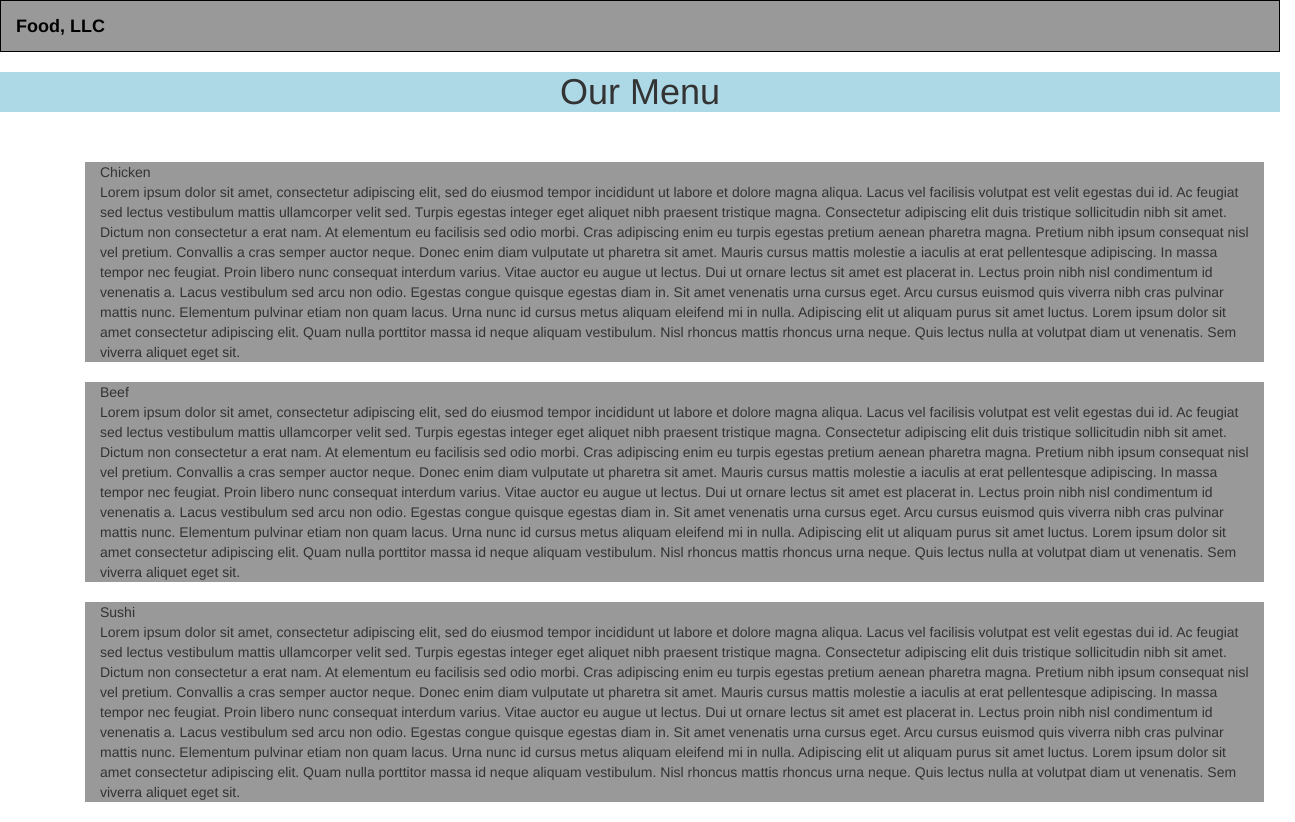
Repository: Cynthia-woo/coursera_frontend_JHU
Page: module3-solution/index.html
An editor plug-in stored every save of this project. The page is shown before and after the next save, followed by the edit.
The browser window is 1280 px wide. The page is 1295 px wide, so the pictures cover 1295 px, including what lies to the right of the window. The pictures show the whole page.

Above is the page before, as saved 2024-04-20 02:50:53.

### module3-solution/index.html
<!doctype html>
<html lang="en">
  <head>
    <meta charset="utf-8">
    <meta http-equiv="X-UA-Compatible" content="IE=edge">
    <meta name="viewport" content="width=device-width, initial-scale=1">

    <!-- HTML5 shim and Respond.js for IE8 support of HTML5 elements and media queries -->
    <!-- WARNING: Respond.js doesn't work if you view the page via file:// -->
    <!--[if lt IE 9]>
      <script src="https://oss.maxcdn.com/html5shiv/3.7.2/html5shiv.min.js"></script>
      <script src="https://oss.maxcdn.com/respond/1.4.2/respond.min.js"></script>
    <![endif]-->

    <title>Assignment3-solution</title>
    <link rel="stylesheet" href="css/bootstrap.min.css">
    <link rel="stylesheet" href="css/styles.css">
  </head>
<body>
    <header>
        <nav id="header-nav" class="navbar navbar-default">
          <div class="container-fluid">
            <div class="navbar-header">
              <div class="navbar-brand">
                <a href="index.html"><span>Food, LLC</span></a>
              </div>

              <button type="button" class="navbar-toggle collapsed" data-toggle="collapse" data-target="#collapsable-nav" aria-expanded="false">
                <span class="sr-only">Toggle navigation</span>
                <span class="icon-bar"></span>
                <span class="icon-bar"></span>
                <span class="icon-bar"></span>
              </button>
            </div>


            <div id="collapsable-nav" class="collapse navbar-collapse hidden-lg hidden-md">
               <ul id="nav-list" class="nav navbar-nav navbar-right">
                <li>
                  <a href="menu-categories.html">
                    <br class="hidden-xs">Chicken</a>
                </li>
                <li>
                  <a href="#">
                    </span><br class="hidden-xs">Beef</a>
                </li>
                <li>
                  <a href="#">
                    <br class="hidden-xs">Sushi</a>
                </li>
              </ul><!-- #nav-list -->
            </div><!-- .collapse .navbar-collapse -->
          </div><!-- .container -->
        </nav><!-- #header-nav -->
      </header>

      <h1 id="main_title">Our Menu</h1>

      <section>
        <div id="home-tiles" class="row">
            <div class="col-md-12 col-sm-12 col-xs-12">
                <div class="dish_title">Chicken</div>
                <div class="dish_detail">Lorem ipsum dolor sit amet, consectetur adipiscing elit, sed do eiusmod tempor incididunt ut labore et dolore magna aliqua. Lacus vel facilisis volutpat est velit egestas dui id. Ac feugiat sed lectus vestibulum mattis ullamcorper velit sed. Turpis egestas integer eget aliquet nibh praesent tristique magna. Consectetur adipiscing elit duis tristique sollicitudin nibh sit amet. Dictum non consectetur a erat nam. At elementum eu facilisis sed odio morbi. Cras adipiscing enim eu turpis egestas pretium aenean pharetra magna. Pretium nibh ipsum consequat nisl vel pretium. Convallis a cras semper auctor neque. Donec enim diam vulputate ut pharetra sit amet. Mauris cursus mattis molestie a iaculis at erat pellentesque adipiscing. In massa tempor nec feugiat. Proin libero nunc consequat interdum varius. Vitae auctor eu augue ut lectus.

                    Dui ut ornare lectus sit amet est placerat in. Lectus proin nibh nisl condimentum id venenatis a. Lacus vestibulum sed arcu non odio. Egestas congue quisque egestas diam in. Sit amet venenatis urna cursus eget. Arcu cursus euismod quis viverra nibh cras pulvinar mattis nunc. Elementum pulvinar etiam non quam lacus. Urna nunc id cursus metus aliquam eleifend mi in nulla. Adipiscing elit ut aliquam purus sit amet luctus. Lorem ipsum dolor sit amet consectetur adipiscing elit. Quam nulla porttitor massa id neque aliquam vestibulum. Nisl rhoncus mattis rhoncus urna neque. Quis lectus nulla at volutpat diam ut venenatis. Sem viverra aliquet eget sit.</div>
            </div>
            <div class="col-md-12 col-sm-12 col-xs-12">
                <div class="dish_title">Beef</div>
                <div class="dish_detail">Lorem ipsum dolor sit amet, consectetur adipiscing elit, sed do eiusmod tempor incididunt ut labore et dolore magna aliqua. Lacus vel facilisis volutpat est velit egestas dui id. Ac feugiat sed lectus vestibulum mattis ullamcorper velit sed. Turpis egestas integer eget aliquet nibh praesent tristique magna. Consectetur adipiscing elit duis tristique sollicitudin nibh sit amet. Dictum non consectetur a erat nam. At elementum eu facilisis sed odio morbi. Cras adipiscing enim eu turpis egestas pretium aenean pharetra magna. Pretium nibh ipsum consequat nisl vel pretium. Convallis a cras semper auctor neque. Donec enim diam vulputate ut pharetra sit amet. Mauris cursus mattis molestie a iaculis at erat pellentesque adipiscing. In massa tempor nec feugiat. Proin libero nunc consequat interdum varius. Vitae auctor eu augue ut lectus.

                    Dui ut ornare lectus sit amet est placerat in. Lectus proin nibh nisl condimentum id venenatis a. Lacus vestibulum sed arcu non odio. Egestas congue quisque egestas diam in. Sit amet venenatis urna cursus eget. Arcu cursus euismod quis viverra nibh cras pulvinar mattis nunc. Elementum pulvinar etiam non quam lacus. Urna nunc id cursus metus aliquam eleifend mi in nulla. Adipiscing elit ut aliquam purus sit amet luctus. Lorem ipsum dolor sit amet consectetur adipiscing elit. Quam nulla porttitor massa id neque aliquam vestibulum. Nisl rhoncus mattis rhoncus urna neque. Quis lectus nulla at volutpat diam ut venenatis. Sem viverra aliquet eget sit.</div>
            </div>
            <div class="col-md-12 col-sm-12 col-xs-12">
                <div class="dish_title">Sushi</div>
                <div class="dish_detail">Lorem ipsum dolor sit amet, consectetur adipiscing elit, sed do eiusmod tempor incididunt ut labore et dolore magna aliqua. Lacus vel facilisis volutpat est velit egestas dui id. Ac feugiat sed lectus vestibulum mattis ullamcorper velit sed. Turpis egestas integer eget aliquet nibh praesent tristique magna. Consectetur adipiscing elit duis tristique sollicitudin nibh sit amet. Dictum non consectetur a erat nam. At elementum eu facilisis sed odio morbi. Cras adipiscing enim eu turpis egestas pretium aenean pharetra magna. Pretium nibh ipsum consequat nisl vel pretium. Convallis a cras semper auctor neque. Donec enim diam vulputate ut pharetra sit amet. Mauris cursus mattis molestie a iaculis at erat pellentesque adipiscing. In massa tempor nec feugiat. Proin libero nunc consequat interdum varius. Vitae auctor eu augue ut lectus.

                    Dui ut ornare lectus sit amet est placerat in. Lectus proin nibh nisl condimentum id venenatis a. Lacus vestibulum sed arcu non odio. Egestas congue quisque egestas diam in. Sit amet venenatis urna cursus eget. Arcu cursus euismod quis viverra nibh cras pulvinar mattis nunc. Elementum pulvinar etiam non quam lacus. Urna nunc id cursus metus aliquam eleifend mi in nulla. Adipiscing elit ut aliquam purus sit amet luctus. Lorem ipsum dolor sit amet consectetur adipiscing elit. Quam nulla porttitor massa id neque aliquam vestibulum. Nisl rhoncus mattis rhoncus urna neque. Quis lectus nulla at volutpat diam ut venenatis. Sem viverra aliquet eget sit.</div>
            </div>
      </section>


  <!-- jQuery (Bootstrap JS plugins depend on it) -->
  <script src="js/jquery-1.11.3.min.js"></script>
  <script src="js/bootstrap.min.js"></script>
  <script src="js/script.js"></script>
</body>
</html>

### module3-solution/css/styles.css
* {
    margin: 0;
    padding: 0;
    box-sizing: border-box;
}
.navbar-default{
    background-color: #999;
    border: 1px solid black;
    border-radius: 0;
}

.navbar-brand a{
    color: black;
    font-weight: bold;
}

.navbar-brand a:hover {
    text-decoration: none;
}



#main_title {
    text-align: center;
    background-color: lightblue;
    margin-bottom: 50px;
}

.col-md-12, .col-sm-12, .col-xs-12 {
    width: 90%;
    margin: 0 100px 20px 100px;
    background-color: #999;
}

Loaded but not shown: module3-solution/css/bootstrap.min.css (library); module3-solution/js/jquery-1.11.3.min.js (library); module3-solution/js/bootstrap.min.js (library); module3-solution/js/script.js (no stored copy; drawn as an empty file)

After the next save:
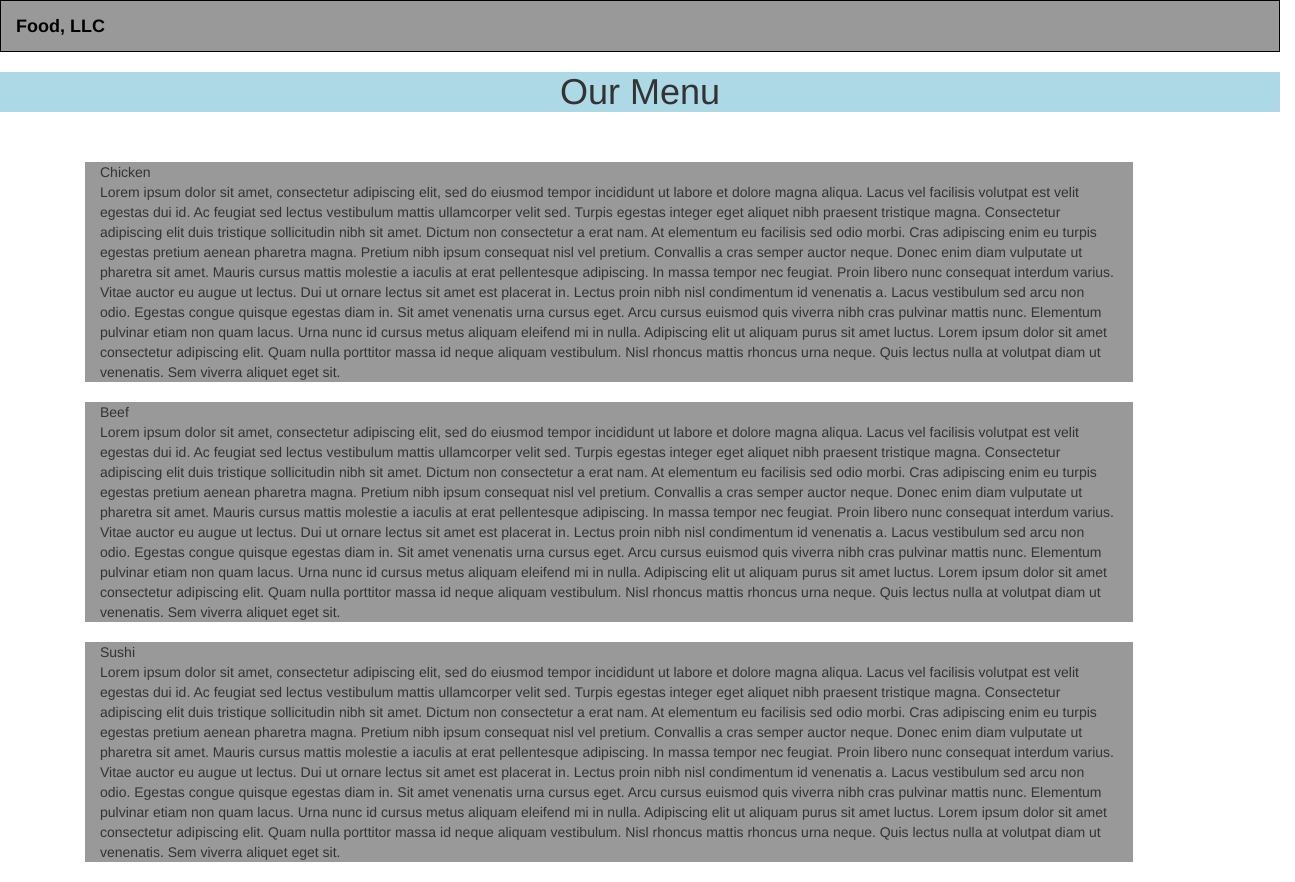
Saved 14 s later.
--- a/module3-solution/css/styles.css
+++ b/module3-solution/css/styles.css
@@ -27,7 +27,7 @@
 }
 
 .col-md-12, .col-sm-12, .col-xs-12 {
-    width: 90%;
+    width: 80%;
     margin: 0 100px 20px 100px;
     background-color: #999;
 }
